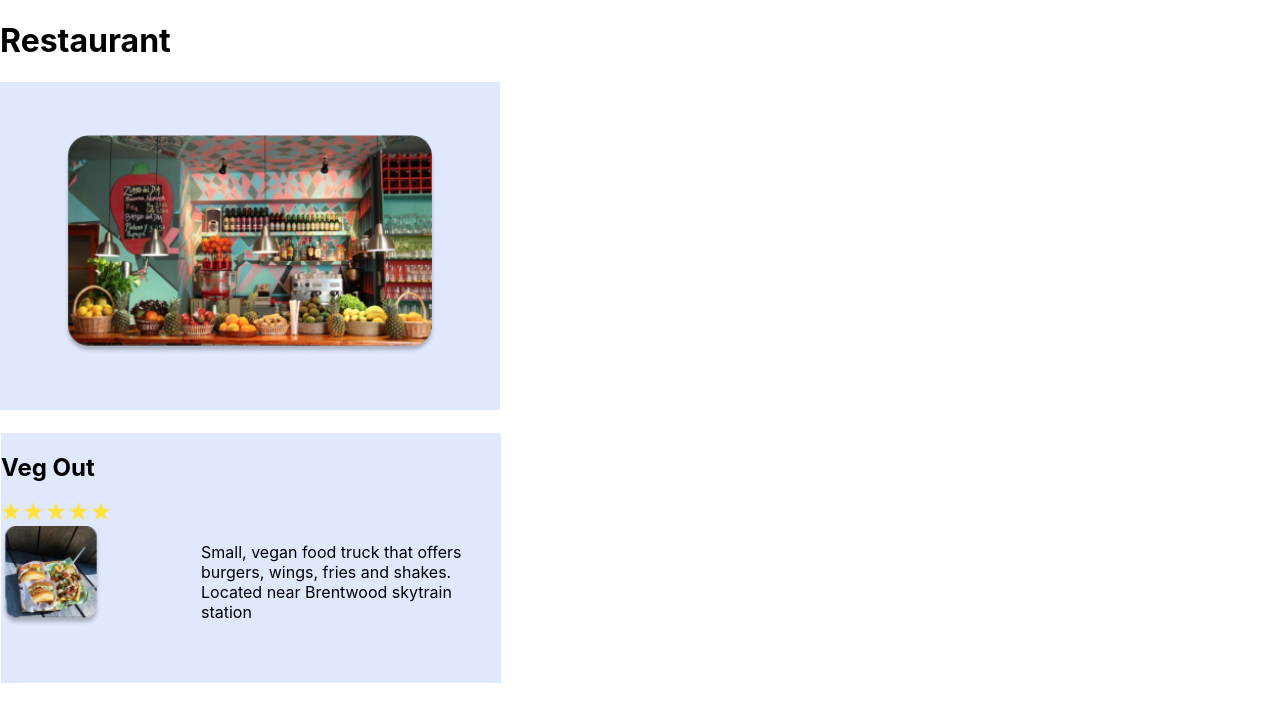
Repository: Kinakopan/design_mindfulEating_site
Page: /restaurant (app in firstapp/)
An editor plug-in stored every save of this project. The page is shown before and after the next save, followed by the edit.
The browser window is 1280 px wide. The pictures show the whole page.
The project was rebuilt for these pictures with package versions that can differ from the ones it lists, and the page was loaded fresh each time. The framework's server and built-in components were replaced by stand-ins that run in the browser. Also part of the build but not shown: firstapp/next.config.js.

Above is the page before, as saved 2022-04-20 16:59:09.

### firstapp/pages/restaurant.js
import ImgCard from "../comps/ImgCard";
import RestaurantCard from "../comps/RestaurantCard";
import ReCont from "../comps/RestaurantCard";
import ReImg from "../comps/RestaurantCard";
import Starts from "../comps/RestaurantCard";
import Button from "../comps/RestaurantCard";


export default function Restaurant(){

    return (
    <div>
        <h1>Restaurant</h1>

        <ImgCard
        img="/restaurant.png"
        bg="#E0E8FD"/>


    <main>
        <RestaurantCard>
        </RestaurantCard>
        <br></br>




    </main>
    </div>

    )
}

### firstapp/comps/ImgCard.js
import { Children } from 'react';
import styled from 'styled-components';

const CardCont = styled.div`
    background-color: ${props=>props.cl};
    color: ${props=>props.text_cl};
    min-width: 375px;
    max-width: 500px;
    padding: 1em 3em 1em 3em;
    border-radius: ${props=>props.border_radius}
`;

const DispImage = styled.img`
    width: 100%;
    padding: 1em;
`;

const List = styled.div`
    text-align: right;
`;

export default function ImgCard({
    img="/food1.png",
    bg="#E0E8FD",
    tcl="#08213E",
    title="",
    txt="",
    bor="",
    n1,n2,n3,n4="",
    Children=null

}){

    return <CardCont cl={bg} text_cl={tcl} border_radius={bor}>
        <h1>{title}</h1>
        <DispImage src={img}/>
        <List>
            <h2>{n1}</h2>
            <h2>{n2}</h2>
            <h2>{n3}</h2>
            <h2>{n4}</h2>
        </List>
        <p>{txt}</p>
        {Children}

    </CardCont>
}

### firstapp/comps/RestaurantCard.js

import styled from 'styled-components';


const ReCont = styled.div`
background-color:${props=>props.cl};
width:500px;
align-items: center;
position: absolute;
height: 250px;
left: 1px;
top: 433px;
`
;

const ReImg = styled.img`
width:20%;
padding: 1 1 auto auto;
`;


const Text = styled.p`
float:right;
width:60%;

font-size: 16px;
text-align: left;

`
;


const ResItem = styled.div`
text-align: justify;
`
;

const Title = styled.h2`

`
;

const Button = styled.img`
top:100px;
background-color:"red";
height:20px;
`


export default function RestaurantCard({
    img="/veg out.png",
    bg="#E0E8FD",
    h2="Veg Out",
    txt="Small, vegan food truck that offers burgers, wings, fries and shakes. Located near Brentwood skytrain station",


}){

    return <ReCont
    cl={bg} txt={txt}>
    <Title>{h2}</Title>
    <Button img src="/start rating.png"></Button>
    <ResItem>

        <ReImg src={img}></ReImg>

        <Text>{txt}</Text>


    </ResItem>

    </ReCont>
}


//export default function RestaurantCard(){
    //return(
   //     <img src="/veg out.png" />
   // )

//}

Loaded but not shown: firstapp/pages/_app.js (common file); firstapp/styles/globals.css (common file)

After the next save:
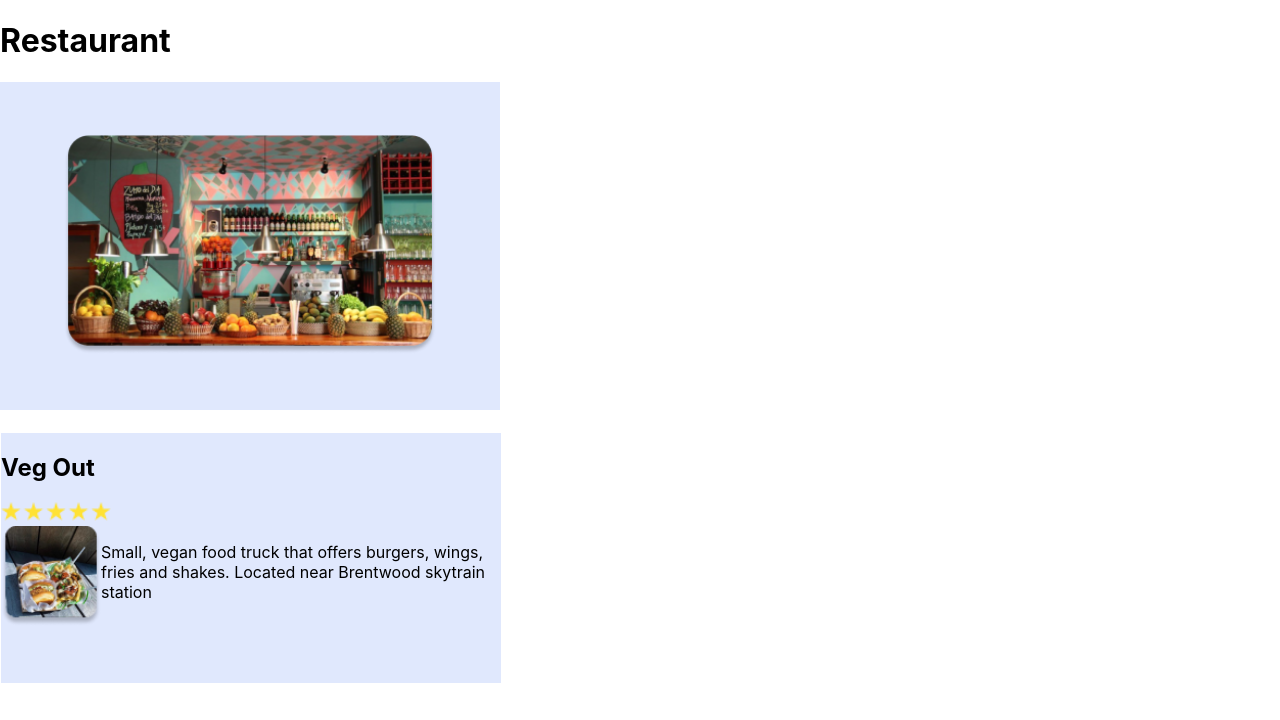
Saved 23 s later.
--- a/firstapp/comps/RestaurantCard.js
+++ b/firstapp/comps/RestaurantCard.js
@@ -21,7 +21,7 @@ padding: 1 1 auto auto;
 
 const Text = styled.p`
 float:right;
-width:60%;
+width:80%;
 
 font-size: 16px;
 text-align: left;
